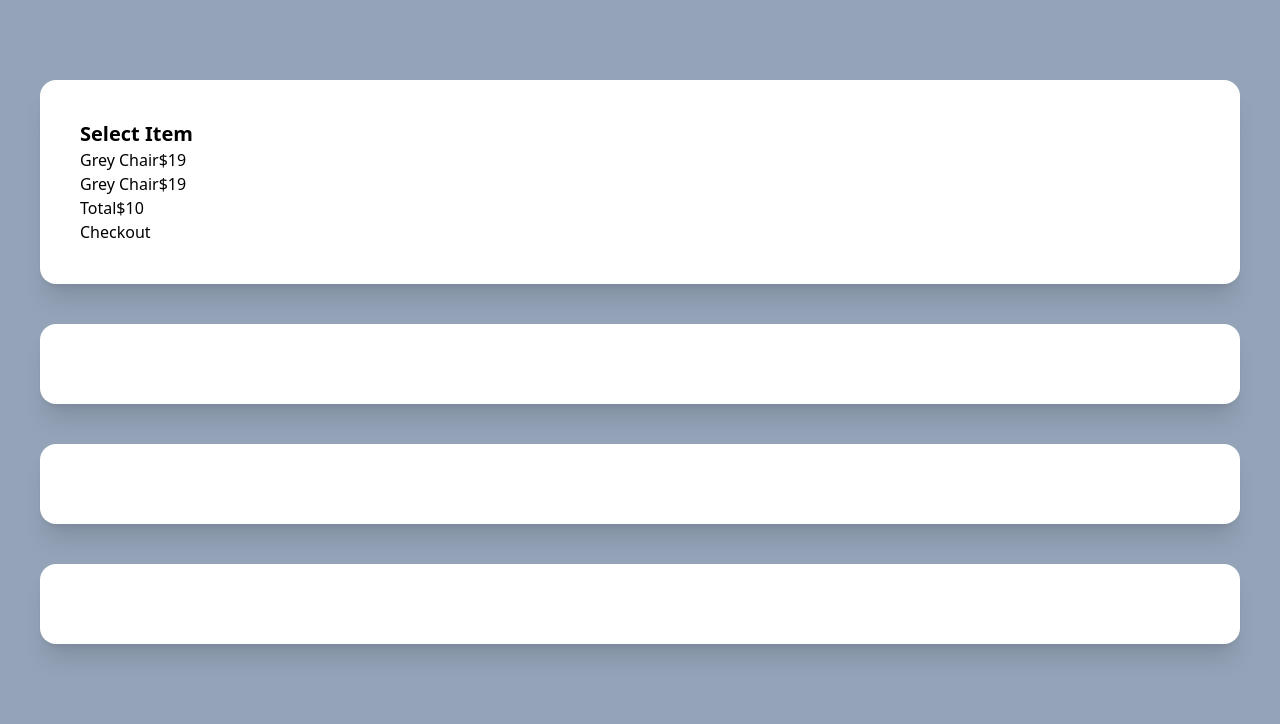
Repository: pjk0007/nextjs-carrot-marcket
Page: /
The author's editor kept a copy of each file at every save. The page is drawn from the files as they stood at one save, then again after the next save.
The browser window is 1280 px wide. The pictures show the whole page.
The project was rebuilt for these pictures with package versions that can differ from the ones it lists, and the page was loaded fresh each time. The framework's server and built-in components were replaced by stand-ins that run in the browser. Also part of the build but not shown: next.config.js.

Above is the page before, as saved 2022-04-30 12:57:08.

After the next save:
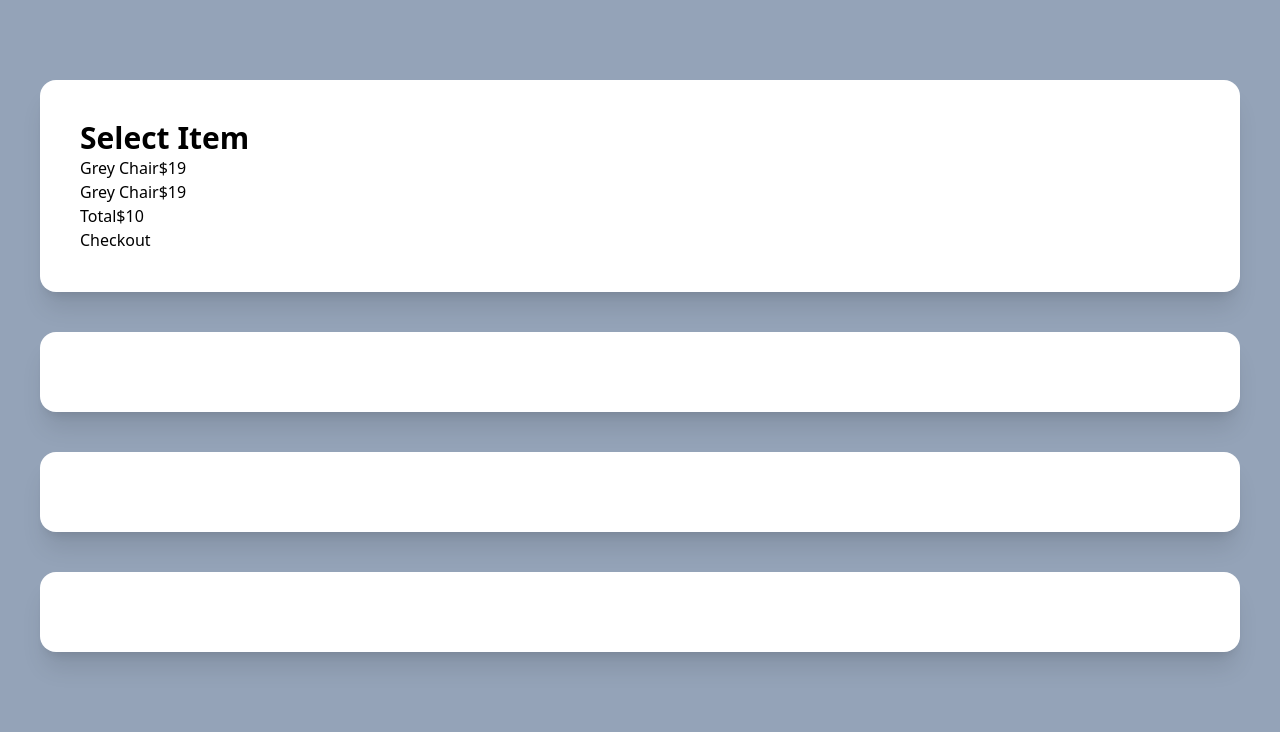
Saved 5 s later.
--- a/pages/index.tsx
+++ b/pages/index.tsx
@@ -3,7 +3,7 @@ const Home: NextPage = () => {
   return (
     <div className='bg-slate-400 py-20 px-10 grid gap-10'>
       <div className='bg-white p-10 rounded-2xl shadow-xl'>
-        <span className='font-semibold text-xl'>Select Item</span>
+        <span className='font-semibold text-3xl'>Select Item</span>
         <div>
           <span>Grey Chair</span>
           <span>$19</span>
